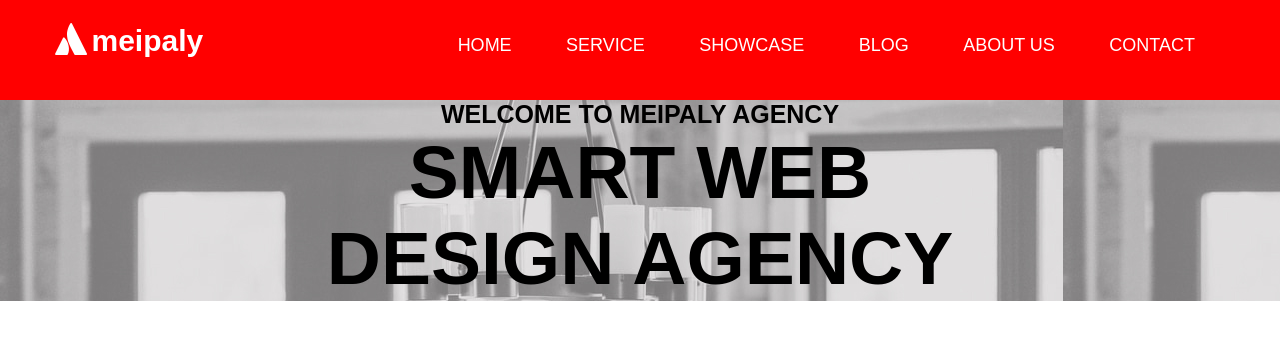
Repository: ToanNguyenThai/Meipaly
Page: index.html
The author's editor kept a copy of each file at every save. The page is drawn from the files as they stood at one save, then again after a run of saves.
The browser window is 1280 px wide. The pictures show the whole page.

Above is the page before, as saved 2021-12-04 15:06:45.

### index.html
<!DOCTYPE html>
<html lang="en">
<head>
    <meta charset="UTF-8">
    <meta http-equiv="X-UA-Compatible" content="IE=edge">
    <meta name="viewport" content="width=device-width, initial-scale=1.0">
    <link rel="stylesheet" href="https://cdnjs.cloudflare.com/ajax/libs/font-awesome/5.15.4/css/all.min.css" />
    <title>Meipaly</title>
    <link rel="stylesheet" href="/css/style.css">
</head>
<body>
    <header>
        <div class="header__content">
            <div class="header__logo">
                <a href="#">
                    <i class="fab fa-atlassian fa-2x"></i>
                    <span>meipaly</span>
                </a>
            </div>
            <nav>
                <ul>
                    <li>
                        <a href="#">home</a>
                    </li>
                    <li>
                        <a href="#">service</a>
                    </li>
                    <li>
                        <a href="#">showcase</a>
                    </li>
                    <li>
                        <a href="#">blog</a>
                    </li>
                    <li>
                        <a href="#">about us</a>
                    </li>
                    <li>
                        <a href="#">contact</a>
                    </li>
                </ul>
            </nav>
        </div>
    </header>
    <section class="carousel">
        <div class="carousel__content">
            <h3>WELCOME TO MEIPALY AGENCY</h3>
            <h1>SMART WEB</h1>
            <h1>DESIGN AGENCY</h1>
        </div>

    </section>
</body>
</html>

### css/style.css
*{
    box-sizing: border-box;
    margin: 0;
    padding: 0;
    font-family: "Oswald", sans-serif;
    text-decoration: none;
}
header {
    width: 100%;
    height: 100px;
    background-color: red;
}
header .header__content{
    width: 100%;
    max-width: 1170px;
    margin: 0 auto;
    display: flex;
    justify-content: space-between;
}
.header__logo{
    margin-top: 23px;
}
.header__logo a{
    text-decoration: none;
    color: white;
}
.header__logo a span{
    font-size: 30px;
    font-weight: 700;
}
.header__content nav ul li{
    list-style-type: none;
    display: inline-block;

    text-transform: uppercase;
    font-size: 18px;
    margin-top: 35px;
    margin-left: 20px;
    margin-right: 30px;

}
.header__content nav ul li a{
    color: white;
}

.carousel{
    background-image: url("../img/home_slider.jpg");
    display: flex;
    justify-content: center;
}
.carousel__content h1, .carousel__content h3{

    text-align: center;
}
.carousel__content h1{
    font-size: 75px;
}

.carousel__content h3{
    font-size: 25px;
}

After the next 2 saves:
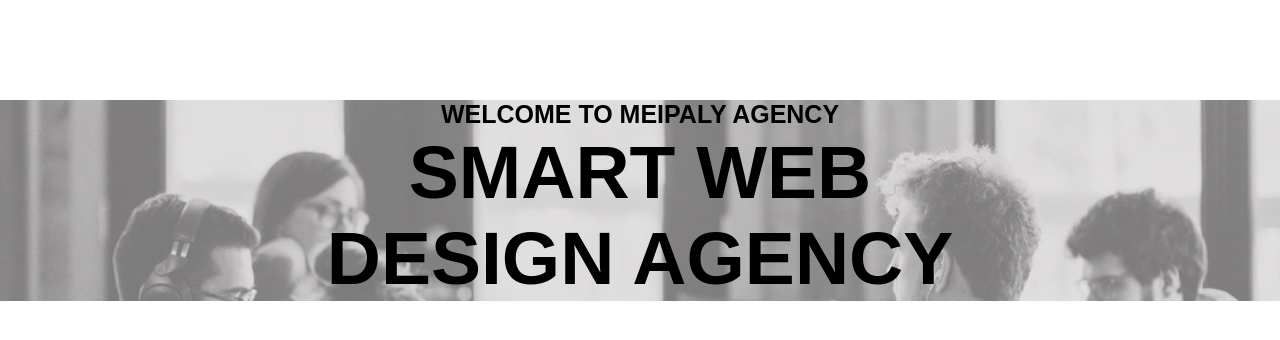
The 2 saves are shown as one change because they came seconds apart.
The last was saved 22 s later.
--- a/css/style.css
+++ b/css/style.css
@@ -8,7 +8,7 @@
 header {
     width: 100%;
     height: 100px;
-    background-color: red;
+
 }
 header .header__content{
     width: 100%;
@@ -45,6 +45,8 @@
 
 .carousel{
     background-image: url("../img/home_slider.jpg");
+    background-size: cover;
+    background-position: center;
     display: flex;
     justify-content: center;
 }
